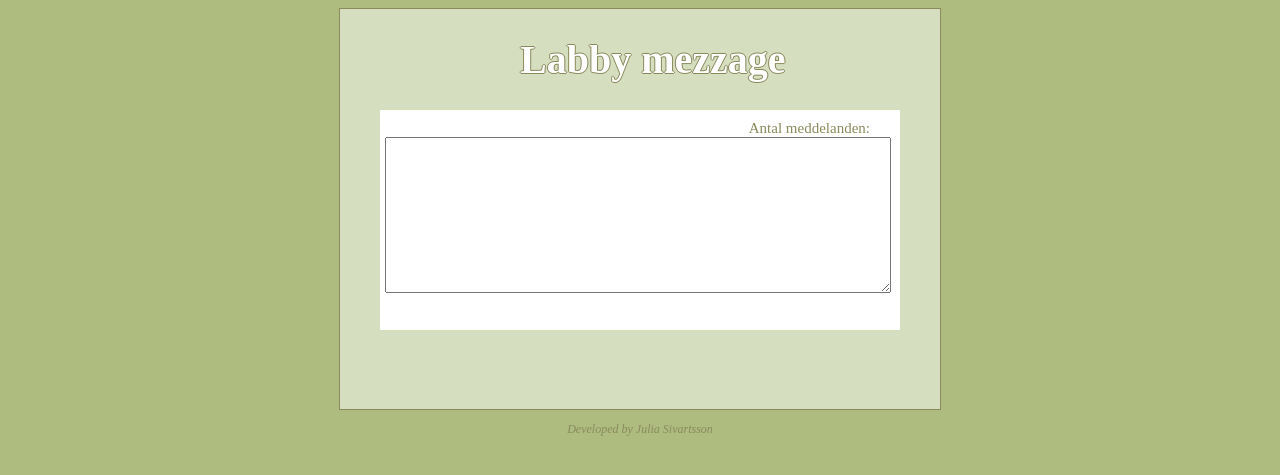
Repository: JuliaSivartsson/1dv403-jsigc09-laborationer
Page: 2-labbymezzage/index.html
The author's editor kept a record of every edit. The page is drawn from the files as they stood at one moment, then again after the next edit.
The browser window is 1280 px wide. The pictures show the whole page.

Above is the page before.
Console error: TypeError: Cannot read properties of undefined (reading 'getText')

### 2-labbymezzage/index.html
<!DOCTYPE html>
<html lang="sv">
<head>
	<meta charset="UTF-8" />
    <link rel="stylesheet" type="text/css" href="css/style.css">
 	<title>Labby message</title>
 	<style>
 		.error {
 			background-color: #F7A1A1;
 		}
 	</style>
</head>
    <body>
        <div id="content">
            <h1>Labby mezzage</h1>

            <div id="text">
                <p class="right">Antal meddelanden:</p>
                <textarea></textarea>
            </div>
            <div id="messages">


            </div>
        </div>

    	  <script src="js/MessageBoard.js"></script>
    	  <script src="js/Message.js"></script>

    </body>
<footer>
    <p>Developed by Julia Sivartsson</p>
</footer>
</html>

### 2-labbymezzage/css/style.css
body{
    background-color: #AEBC80;
       font-family: serif;
       color: #8A8A5C;
}

h1{
   color: #fff;
   margin-left: 180px;
   font-size: 40px;
    text-shadow: -1px 0 #8A8A5C, 0 1px #8A8A5C, 1px 0 #8A8A5C, 0 -1px #8A8A5C;
}

#content{
    width: 600px;
    height: 400px;
    margin: 0 auto;
    border: 1px solid #8A8A5C;
    background-color: #D6DEC0;

}

#text{
    width: 520px;
    height: 220px;
    background-color: #fff;
    margin: 10px 20px 0 40px;
}

#text p{
    font-size: 15px;
    margin: 0 30px;
    padding-top: 10px;
}

textarea{
    margin: 0 5px 5px;
    width: 500px;
    height: 150px;
}

footer{
    width: 500px;
    height: 30px;
    margin: 0 auto;
}

footer p{
    font-size: 12px;
    font-style: italic;
    text-align: center;
}

.right{
    float: right;
    margin-right: 10px;
}

### 2-labbymezzage/js/MessageBoard.js
"use strict";

var MessageBoard = {

    messages: ["kiwi"],

        init: function(){

        var mess = new Message("Testmeddelande", new Date());
        //alert(mess);
        //alert(mess.getText());
        mess.setText("En annan text");
        //alert(mess);

        //var mess1 = new Message();
        alert(messages[0].getText() + "hej");
    },

};


window.onload = MessageBoard.init;

### 2-labbymezzage/js/Message.js
function Message(message, date){

    this.getText = function(){
        return message;
    }

    this.setText = function(_text){
        message = _text;
    }

    this.getDate = function(){
        return date;
    }

    this.setDate = function(_date){
        date = _date;
    }

}

Message.prototype.toString = function(){
    return this.getText() + " ("+this.getDate()+")";
}

Message.prototype.getHTMLText = function(){

}

Message.prototype.getDateText = function(){

}

After the next edit:
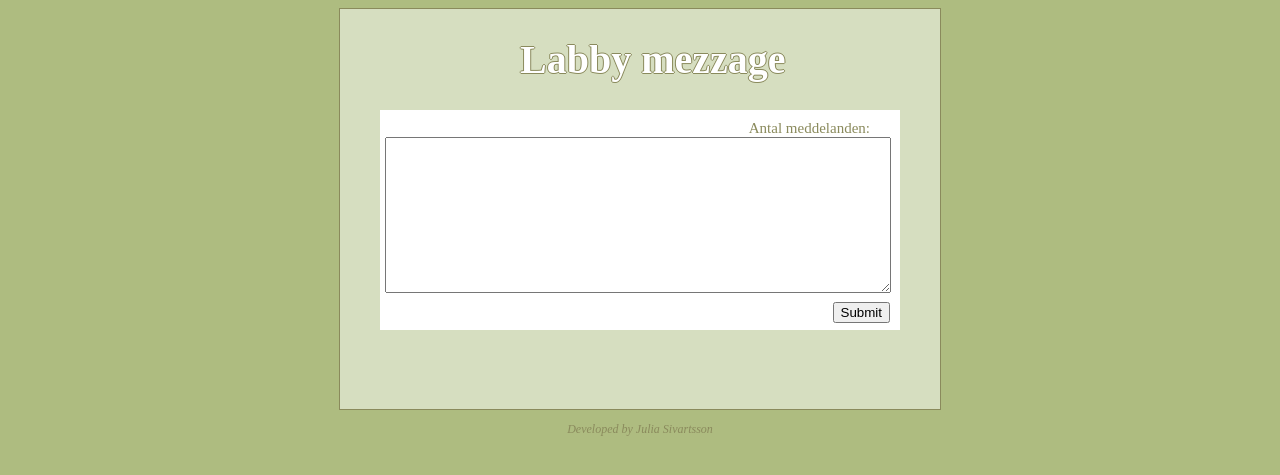
The edit:
--- a/2-labbymezzage/index.html
+++ b/2-labbymezzage/index.html
@@ -17,6 +17,7 @@
             <div id="text">
                 <p class="right">Antal meddelanden:</p>
                 <textarea></textarea>
+                <input class="right" class="button" type="submit" value="Submit">
             </div>
             <div id="messages">
 
